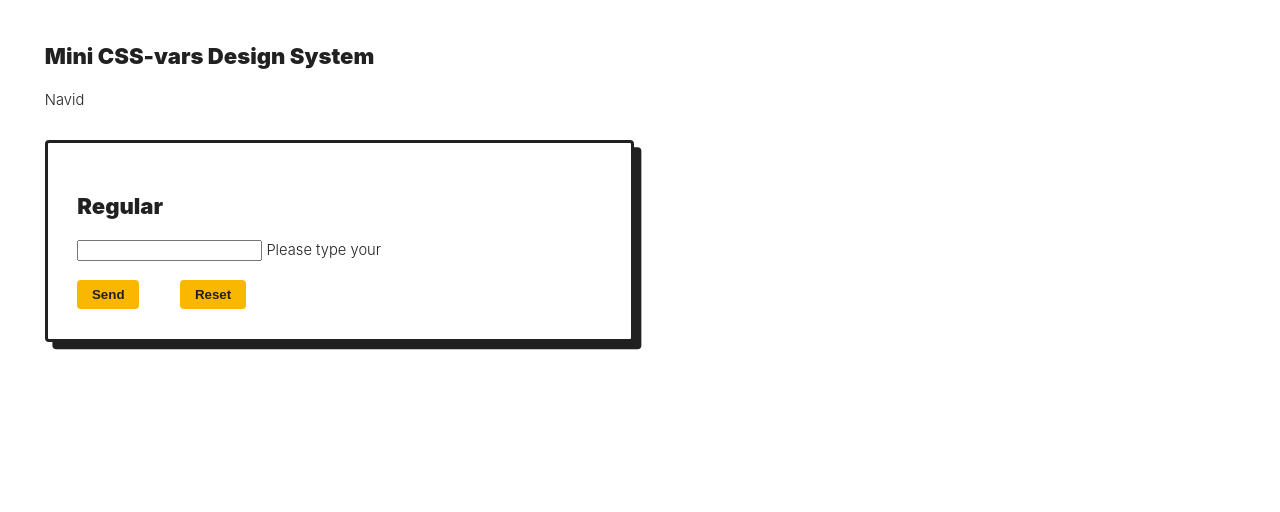
Repository: navid-amini12/capstone-1
Page: quiz.html
These files come from the project's save history. The page is drawn as it stood at one moment and after a run of saves; the edit follows.
The browser window is 1280 px wide. The pictures show the whole page.
Some web fonts or font styles are not loaded; a fallback is used.

Above is the page before, as saved 2022-05-17 12:23:54.

After the next 7 saves:
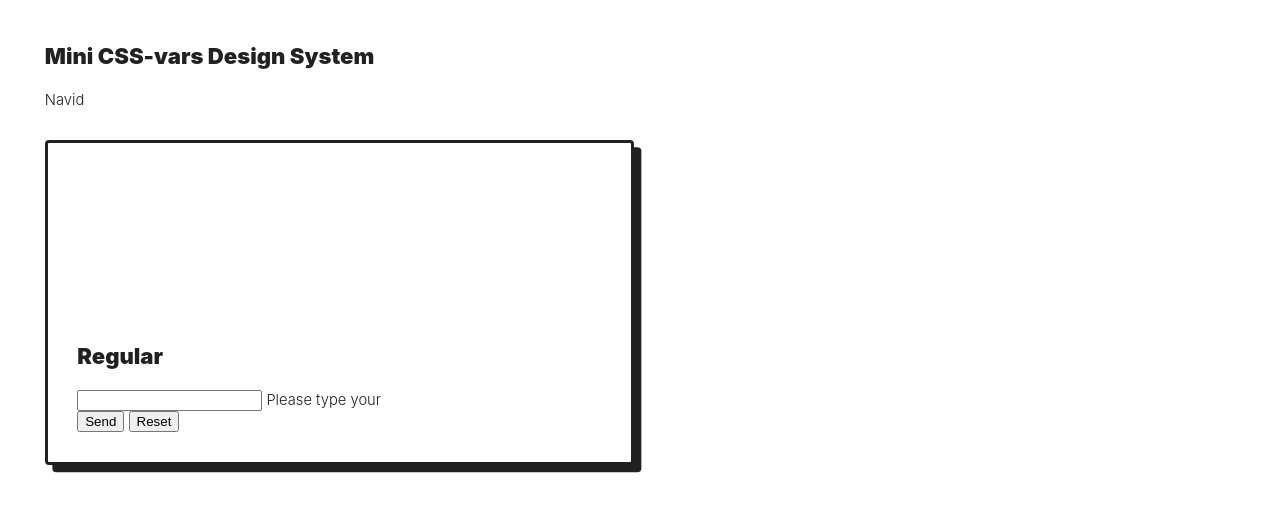
The 7 saves are shown as one change because they came seconds apart.
The last was saved 19 s later.
--- a/quiz.css
+++ b/quiz.css
@@ -58,11 +58,30 @@ mark {
 .input {
   position: relative;
 
+  &__label {
+    position: absolute;
+    left: 0;
+    top: 0;
+    padding: calc(var(--size-bezel) * 0.75) calc(var(--size-bezel) * .5);
+    margin: calc(var(--size-bezel) * 0.75 + 3px) calc(var(--size-bezel) * .5);
+    background: pink;
+    white-space: nowrap;
+    transform: translate(0, 0);
+    transform-origin: 0 0;
+    background: var(--color-background);
+    transition: transform 120ms ease-in;
+    font-weight: bold;
+    line-height: 1.2;
+  }
+  &__field {
 
 
 
 
-
+      & + .input__label {
+        transform: translate(.25rem, -65%) scale(.8);
+        color: var(--color-accent);
+      }
 
 
 }

After the 2 saves that followed:
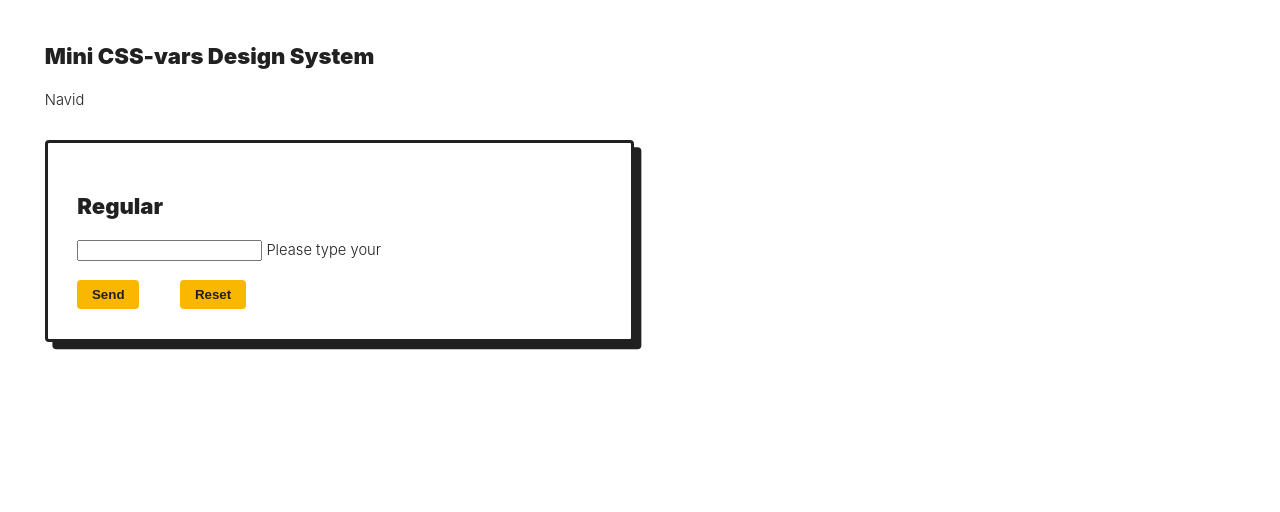
The 2 saves are shown as one change because they came seconds apart.
The last was saved 17 s later.
--- a/quiz.css
+++ b/quiz.css
@@ -58,30 +58,11 @@ mark {
 .input {
   position: relative;
 
-  &__label {
-    position: absolute;
-    left: 0;
-    top: 0;
-    padding: calc(var(--size-bezel) * 0.75) calc(var(--size-bezel) * .5);
-    margin: calc(var(--size-bezel) * 0.75 + 3px) calc(var(--size-bezel) * .5);
-    background: pink;
-    white-space: nowrap;
-    transform: translate(0, 0);
-    transform-origin: 0 0;
-    background: var(--color-background);
-    transition: transform 120ms ease-in;
-    font-weight: bold;
-    line-height: 1.2;
-  }
-  &__field {
 
 
 
 
-      & + .input__label {
-        transform: translate(.25rem, -65%) scale(.8);
-        color: var(--color-accent);
-      }
+
 
 
 }
